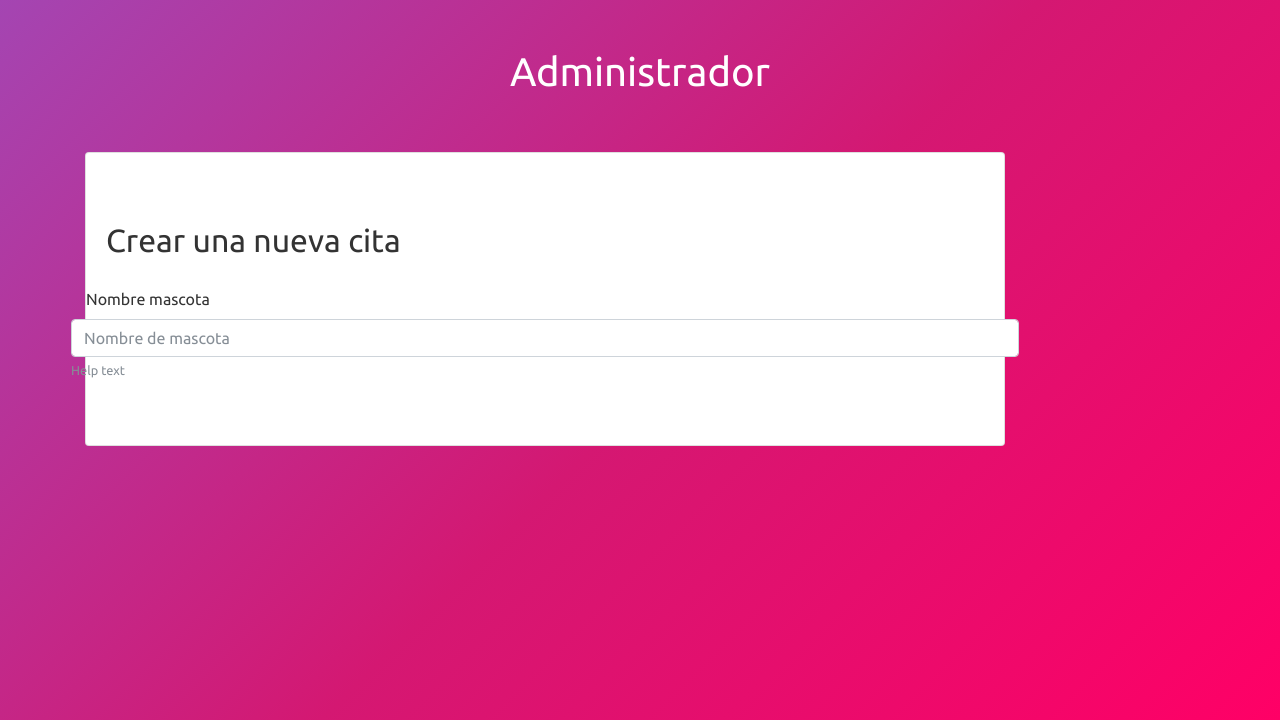
Repository: harrycampaz/react-veterinario-form
Page: /
These files come from the project's save history. The page is drawn as it stood at one moment and after the next save; the edit follows.
The browser window is 1280 px wide. The pictures show the whole page.
The project was rebuilt for these pictures with package versions that can differ from the ones it lists, and the page was loaded fresh each time.

Above is the page before, as saved 2020-01-16 14:11:37.

### src/App.js
import React, { Component } from "react";
import "./bootstrap.min.css";
import Header from "./components/ui/Header";
import NuevaCita from "./components/layout/NuevaCita";

class App extends Component {
  state = {};
  render() {
    return (
      <div className="container">
        <Header titulo="Administrador" />
        <div className="row">
          <div className="col-md-10 max-auto">
            <NuevaCita />
          </div>
        </div>
      </div>
    );
  }
}

export default App;

### src/components/ui/Header.js
import React from 'react';

const Header = ({titulo}) => {
    return (
      <header>
<h1 className="text-center"> {titulo}</h1>
      </header>
    );
};

export default Header;

### src/components/layout/NuevaCita.js
import React, { Component } from "react";

class NuevaCita extends Component {
  render() {
    return (
      <div className="card mt-5 py-5">
        <div className="card-body">
          <h2> Crear una nueva cita</h2>
        </div>

        <form>
          <div class="form-group row">
            <label className='col-sm-4 col-lg-2' for="nombre">Nombre mascota</label>
            <input
              type="text"
              className="form-control"
              name="mascota"
              id=""
              aria-describedby="emailHelpId"
              placeholder="Nombre de mascota"
            />
            <small id="emailHelpId" class="form-text text-muted">
              Help text
            </small>
          </div>
        </form>
      </div>
    );
  }
}

export default NuevaCita;

Loaded but not shown: public/index.html (common file); src/index.js (common file); src/index.css (common file); src/serviceWorker.js (common file); src/bootstrap.min.css (library)

After the next save:
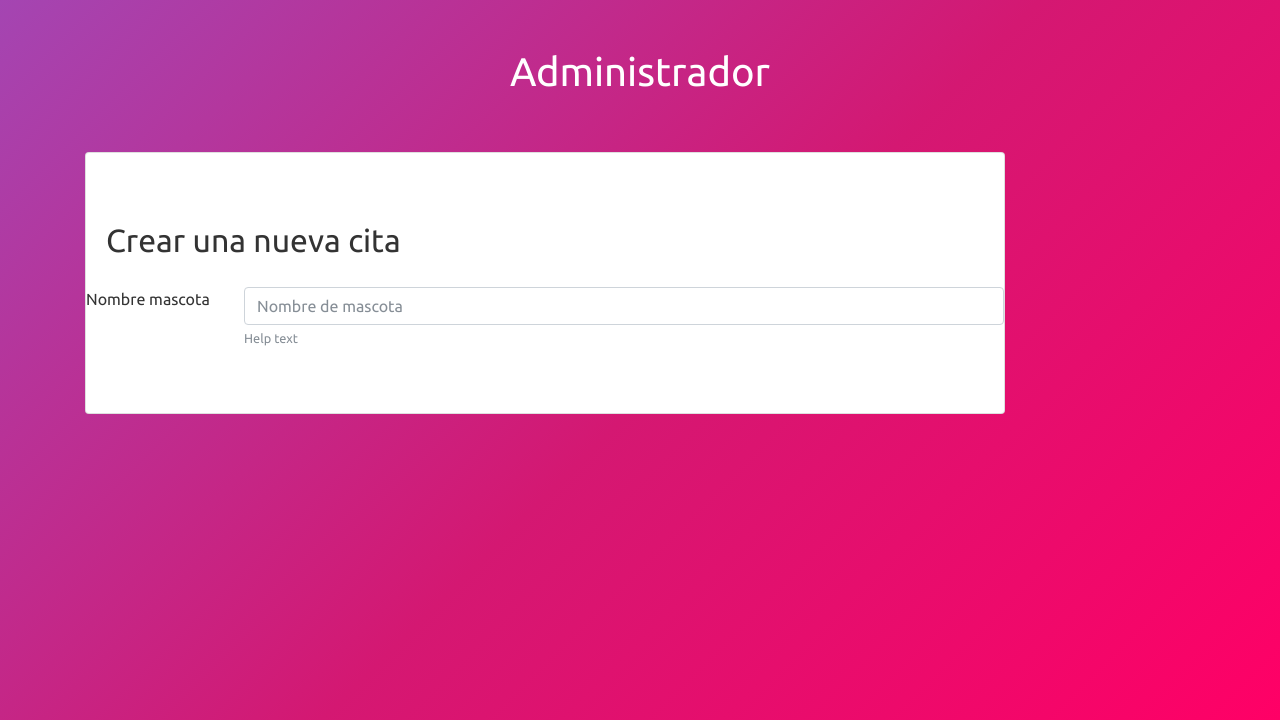
Saved 55 s later.
--- a/src/components/layout/NuevaCita.js
+++ b/src/components/layout/NuevaCita.js
@@ -11,7 +11,8 @@ class NuevaCita extends Component {
         <form>
           <div class="form-group row">
             <label className='col-sm-4 col-lg-2' for="nombre">Nombre mascota</label>
-            <input
+           <div className="col-sm-8 col-lg-10">
+           <input
               type="text"
               className="form-control"
               name="mascota"
@@ -22,6 +23,7 @@ class NuevaCita extends Component {
             <small id="emailHelpId" class="form-text text-muted">
               Help text
             </small>
+           </div>
           </div>
         </form>
       </div>
